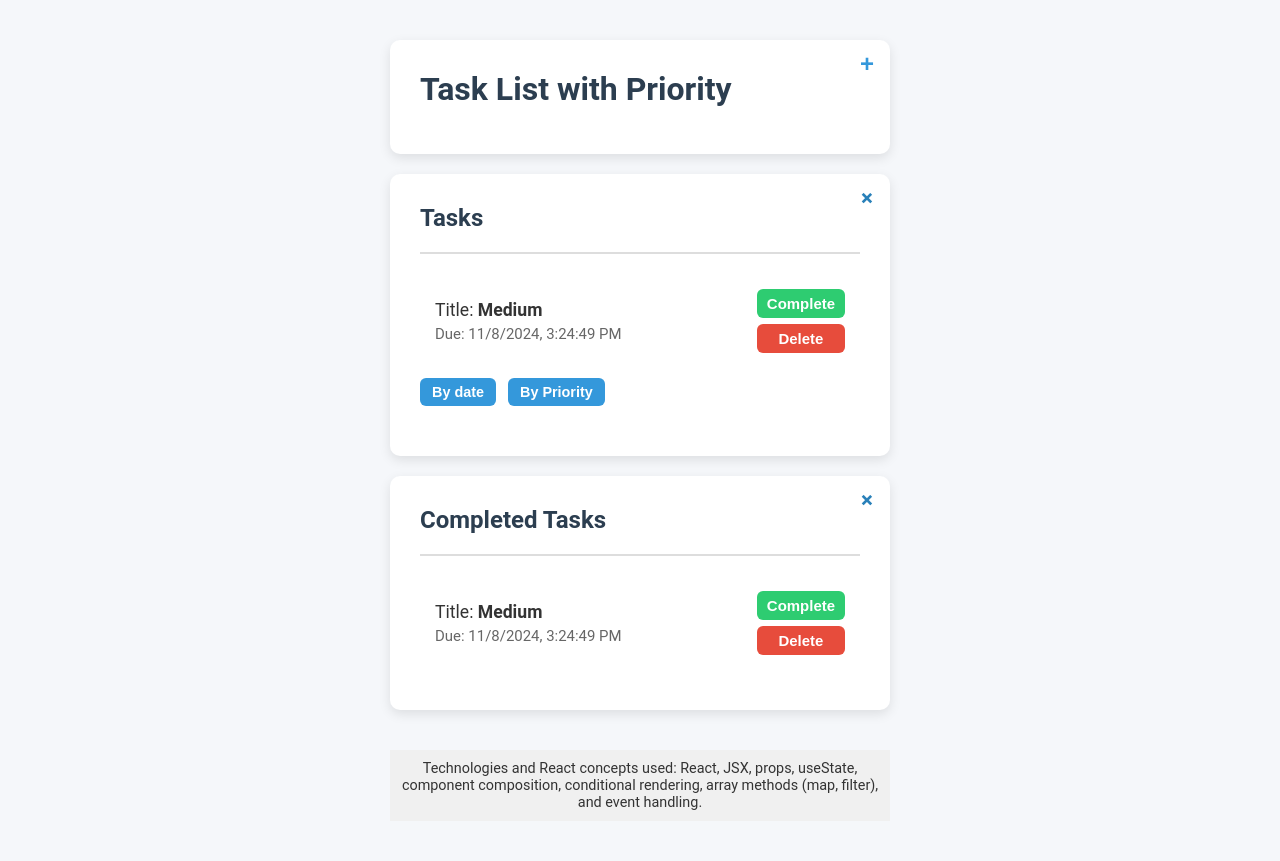
Repository: Lithium87/TaskList
Page: /
An editor plug-in stored every save of this project. The page is shown before and after a run of saves, followed by the edit.
The browser window is 1280 px wide. The pictures show the whole page.
The project was rebuilt for these pictures with package versions that can differ from the ones it lists, and the page was loaded fresh each time. Also part of the build but not shown: vite.config.js.

Above is the page before, as saved 2025-07-09 15:45:01.

### src/index.css
/* General app styles */
* {
  box-sizing: border-box;
  margin: 0;
  padding: 0;
}

body {
  font-family: "Roboto", sans-serif;
  background-color: #f5f7fa;
  display: flex;
  justify-content: center;
  align-items: flex-start;
  min-height: 100vh;
  padding: 40px;
  color: #333;
}

.app {
  display: flex;
  flex-direction: column;
  gap: 20px;
  max-width: 500px;
  width: 100%;
}

/* Main container for current tasks and completed tasks */
.task-container,
.completed-task-container {
  position: relative;
  background-color: #ffffff;
  border-radius: 10px;
  box-shadow: 0 4px 12px rgba(0, 0, 0, 0.1);
  padding: 30px;
}

/* Headings */
h1,
h2 {
  color: #2c3e50;
  margin-bottom: 16px;
}

/* Completed Task toggle button */
.completed-header {
  display: flex;
  align-items: center;
  justify-content: space-between;
}

.toggle-button {
  background: none;
  border: none;
  cursor: pointer;
  font-size: 1.2em;
  color: #3498db;
  transition: transform 0.3s ease;
}

.toggle-button.open {
  transform: rotate(180deg);
}

/* Sort buttons container */
.sort-controls {
  display: flex;
  justify-content: start;
  align-items: center;
  gap: 12px;
  margin-bottom: 20px;
}

/* Close/open button for sections */
.close-button {
  background: none;
  border: none;
  font-size: 1.5em;
  font-weight: bold;
  color: #3498db;
  cursor: pointer;
  position: absolute;
  top: 10px;
  right: 16px;
  padding: 0;
  transition: color 0.3s, transform 0.3s ease;
}

.close-button.open {
  transform: rotate(135deg); /* Turns "×" into "+" */
  color: #2980b9;
}

.close-button:hover {
  color: #2980b9;
}

/* Sort buttons */
.sort-button {
  padding: 6px 12px;
  background-color: #3498db;
  border: none;
  color: white;
  font-size: 0.9em;
  font-weight: bold;
  border-radius: 6px;
  cursor: pointer;
  transition: background-color 0.3s;
}

.sort-button.active {
  background-color: #2980b9;
  font-weight: bold;
}

.sort-button:hover {
  background-color: #2980b9;
}

/* Task form styles */
.task-form {
  display: flex;
  flex-direction: column;
  align-items: center;
  margin-bottom: 20px;
  animation: fade-in 0.5s ease-in-out;
}

.task-form input[type="text"],
.task-form select,
.task-form input[type="datetime-local"] {
  margin: 0 0 16px 0;
  padding: 12px;
  border-radius: 8px;
  border: 1px solid #ced4da;
  width: 80%;
  font-size: 1em;
  transition: border 0.3s;
}

.task-form input:focus,
.task-form select:focus,
.task-form input[type="datetime-local"]:focus {
  outline: none;
  border-color: #3498db;
}

.task-form button {
  padding: 12px 24px;
  border: none;
  background-color: #2980b9;
  color: white;
  font-size: 1em;
  font-weight: bold;
  border-radius: 8px;
  cursor: pointer;
  transition: background-color 0.3s, transform 0.2s;
  width: 80%;
}

.task-form button:hover {
  background-color: #2980b9;
  transform: translateY(-2px);
}

/* Task list styles */
.task-list,
.completed-task-list {
  list-style-type: none;
  padding: 0;
  width: 100%;
}

/* Task item styles */
.task-item {
  padding: 15px;
  border-radius: 8px;
  display: flex;
  justify-content: space-between;
  align-items: center;
  margin: 10px 0;
  font-size: 1.1em;
  transition: transform 0.2s, opacity 0.3s;
  animation: fade-in 0.5s ease-in-out;
}

.task-item.high {
  background-color: #f8d7da;
  color: #721c24;
  border-left: 6px solid #f5c6cb;
}

.task-item.medium {
  background-color: #fff3cd;
  color: #856404;
  border-left: 6px solid #ffeeba;
}

.task-item.low {
  background-color: #d4edda;
  color: #155724;
  border-left: 6px solid #c3e6cb;
}

.task-item:hover {
  transform: scale(1.02);
}

.task-info {
  flex: 1;
  text-align: left;
}

/* Date text style */
.task-deadline {
  font-size: 0.85em;
  color: #666;
  margin-top: 5px;
}

/* Buttons container for vertical alignment */
.task-buttons {
  display: flex;
  flex-direction: column;
  gap: 6px;
}

/* Complete button */
.complete-button {
  padding: 6px 10px;
  background-color: #2ecc71;
  border: none;
  color: white;
  border-radius: 6px;
  font-size: 0.85em;
  font-weight: bold;
  cursor: pointer;
  transition: background-color 0.3s, transform 0.2s;
}

.complete-button:hover {
  background-color: #27ae60;
  transform: translateY(-2px);
}

/* Delete button */
.delete-button {
  padding: 6px 10px;
  background-color: #e74c3c;
  border: none;
  color: white;
  border-radius: 6px;
  font-size: 0.85em;
  font-weight: bold;
  cursor: pointer;
  transition: background-color 0.3s, transform 0.2s;
}

.delete-button:hover {
  background-color: #c0392b;
  transform: translateY(-2px);
}

/* Completed task item */
.task-item.completed {
  background-color: #e0f7df;
  color: #155724;
  border-left: 6px solid #a5d6a7;
  opacity: 0.9;
}

/* Animation for completed tasks */
.completed-task-list .task-item {
  animation: fade-in 0.5s ease-in-out;
}

@keyframes fade-in {
  from {
    opacity: 0;
    transform: translateY(-10px);
  }
  to {
    opacity: 1;
    transform: translateY(0);
  }
}

/* Completed task list container with smooth slide-down effect */
.completed-task-list-container {
  overflow: hidden;
  max-height: 0;
  opacity: 0;
  transition: max-height 0.5s ease, opacity 0.5s ease;
}

.completed-task-list-container.open {
  max-height: 500px; /* Adjust as needed */
  opacity: 1;
}

/* Completed task list section */
.completed-task-list,
.task-list {
  margin-top: 20px;
  padding-top: 10px;
  border-top: 2px solid #ddd;
}

.footer {
  text-align: center;
  margin-top: 20px;
  padding: 10px;
  background-color: #f0f0f0;
  font-size: 0.9em;
}

### src/App.jsx
import {useState} from 'react';

function App () {
  const [tasks, setTasks] = useState ([]);
  const [completedTasks, setCompletedTasks] = useState ([]);
  const [openSection, setOpenSection] = useState ({
    taskList: false,
    tasks: true,
    completedTasks: true,
  });

  const toggleSection = section => {
    setOpenSection (prev => ({
      ...prev,
      [section]: !prev[section],
    }));
  };

  const addTask = task => {
    setTasks ([...tasks, {...task, completed: false, id: Date.now ()}]);
  };

  const activeTasks = tasks.filter (task => !task.completed);
  const completedTasksList = tasks.filter (task => task.completed);

  return (
    <div className="app">
      <div className="task-container">
        <h1>Task List with Priority</h1>
        <button
          className={`close-button ${openSection.taskList ? 'open' : ''}`}
          onClick={() => toggleSection ('taskList')}
        >
          +
        </button>
        {openSection.taskList && <TaskForm addTask={addTask} />}
      </div>

      <div className="task-container">
        <h2>Tasks</h2>
        <button
          className={`close-button ${openSection.tasks ? 'open' : ''}`}
          onClick={() => toggleSection ('tasks')}
        >
          +
        </button>
        {openSection.tasks && <TaskList activeTasks={activeTasks} />}
        <div className="sort-controls">
          <button className="sort-button">By date</button>
          <button className="sort-button">By Priority</button>
        </div>
      </div>

      <div className="completed-task-container">
        <h2>Completed Tasks</h2>
        <button
          className={`close-button ${openSection.completedTasks ? 'open' : ''}`}
          onClick={() => toggleSection ('completedTasks')}
        >
          +
        </button>
        {openSection.completedTasks && <CompletedTaskList />}
      </div>

      <Footer />
    </div>
  );
}

const TaskForm = ({addTask}) => {
  const [formData, setFormData] = useState ({
    title: '',
    priority: 'low',
    deadline: '',
  });

  const handleChange = e => {
    const {name, value} = e.target;
    setFormData (prev => ({
      ...prev,
      [name]: value,
    }));
  };

  const handleSubmit = e => {
    e.preventDefault ();
    console.log ('Task submitted:', formData);
    if (formData.title.trim () && formData.deadline) {
      addTask (formData);
      setFormData ({title: '', priority: 'low', deadline: ''});
    }
  };

  return (
    <form className="task-form" onSubmit={handleSubmit}>
      <input
        type="text"
        name="title"
        value={formData.title}
        placeholder="Task title"
        required
        onChange={handleChange}
      />
      <select
        name="priority"
        value={formData.priority}
        required
        onChange={handleChange}
      >
        <option value="low">Low Priority</option>
        <option value="medium">Medium Priority</option>
        <option value="high">High Priority</option>
      </select>
      <input
        type="datetime-local"
        name="deadline"
        value={formData.deadline}
        required
        onChange={handleChange}
      />
      <button type="submit" onSubmit={handleSubmit}>Add Task</button>
    </form>
  );
};

const TaskList = ({activeTasks}) => {
  return (
    <ul className="task-list">
      <TaskItem title="Task 1" priority="low" dueDate="2023-10-01T10:00" />
    </ul>
  );
};

const TaskItem = () => {
  return (
    <li className="task-item">
      <div className="task-info">
        <div>
          Title: <strong>Medium</strong>
        </div>
        <div className="task-deadline">
          Due: {new Date ().toLocaleString ()}
        </div>
      </div>
      <div className="task-buttons">
        <button className="complete-button">Complete</button>
        <button className="delete-button">Delete</button>
      </div>
    </li>
  );
};

const CompletedTaskList = () => {
  return (
    <ul className="completed-task-list">
      <TaskItem />
    </ul>
  );
};

const Footer = () => {
  return (
    <footer className="footer">
      <p>
        Technologies and React concepts used: React, JSX, props, useState,
        component composition, conditional rendering,
        array methods (map, filter), and event handling.
      </p>
    </footer>
  );
};

export default App;

Loaded but not shown: src/main.jsx (common file)

After the next 2 saves:
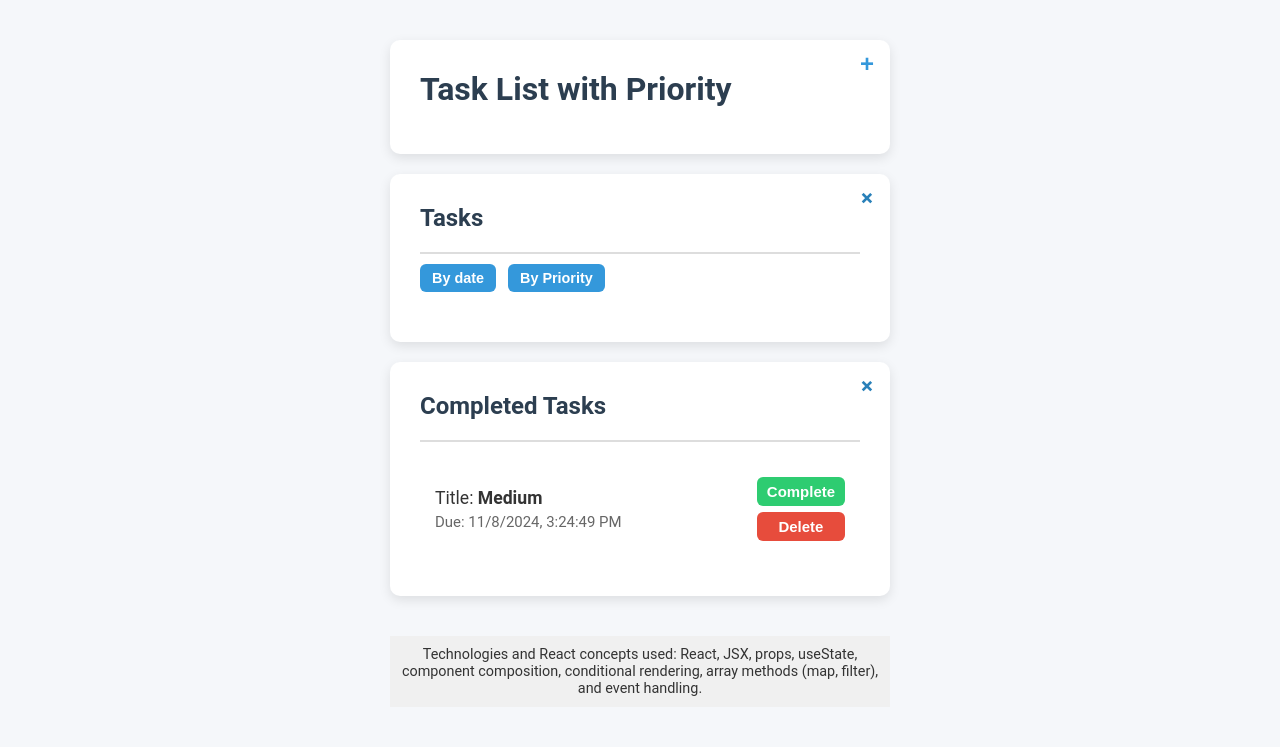
The 2 saves are shown as one change because 1 did not build or start.
The last was saved 3 min 40 s later.
--- a/src/App.jsx
+++ b/src/App.jsx
@@ -126,7 +126,7 @@ const TaskForm = ({addTask}) => {
 const TaskList = ({activeTasks}) => {
   return (
     <ul className="task-list">
-      <TaskItem title="Task 1" priority="low" dueDate="2023-10-01T10:00" />
+      {activeTasks.map (task => <TaskItem />)}
     </ul>
   );
 };
